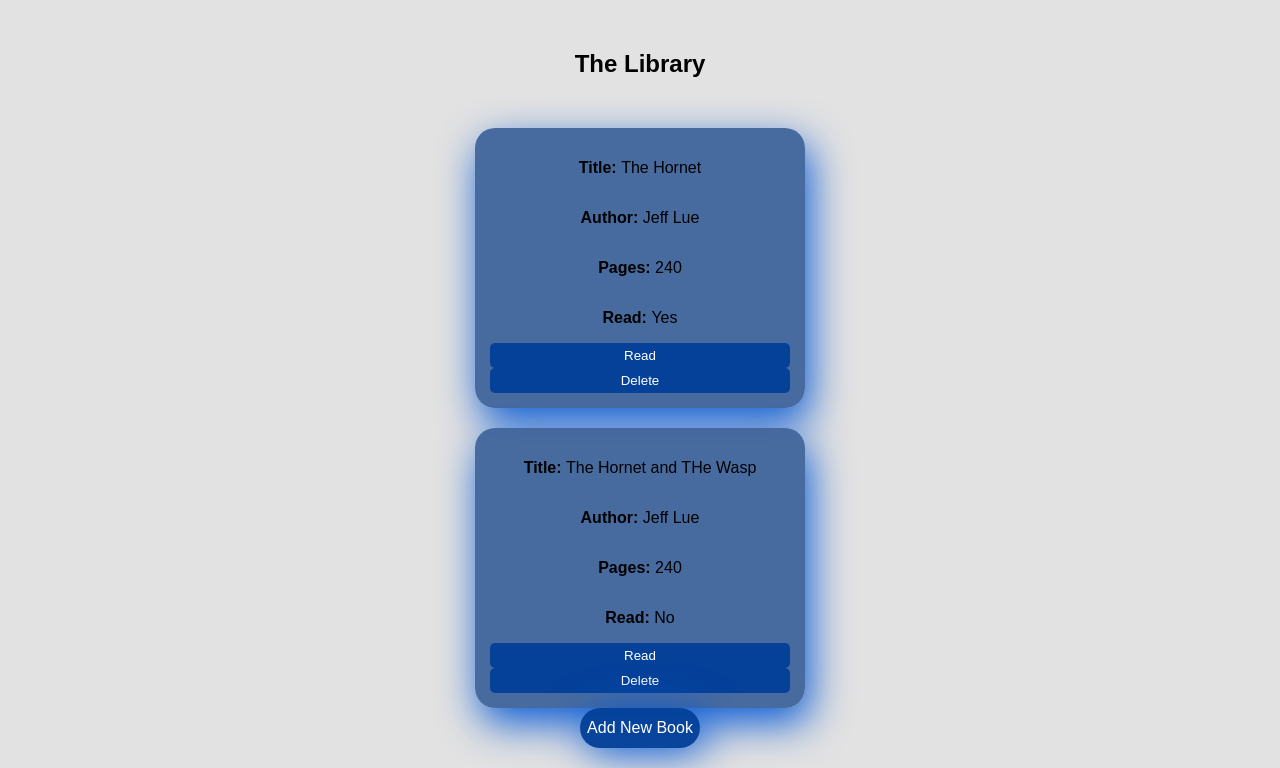
Repository: ErvinClay13/Library
Page: index.html
The author's editor kept a copy of each file at every save. The page is drawn from the files as they stood at one save, then again after the next save.
The browser window is 1280 px wide. The pictures show the whole page.

Above is the page before, as saved 2025-01-11 04:55:44.

After the next save:
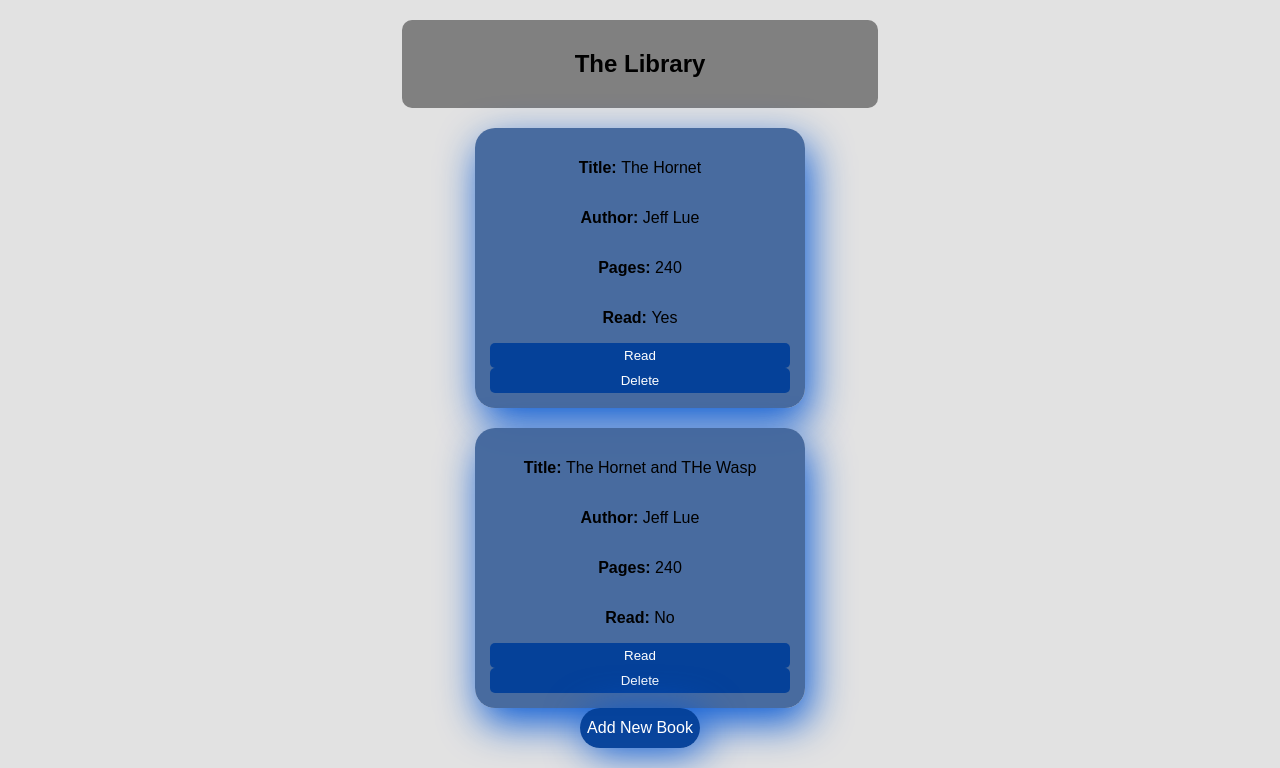
Saved 4 s later.
--- a/style.css
+++ b/style.css
@@ -20,7 +20,7 @@ body {
     display: flex;
     justify-content: space-between;
     justify-content: center;
-    background-color: gr;
+    background-color: gray;
     /* background-color: #42669df5; */
     /* box-shadow: 5px 5px 40px #0055d4f5; */
     width: 100%;
